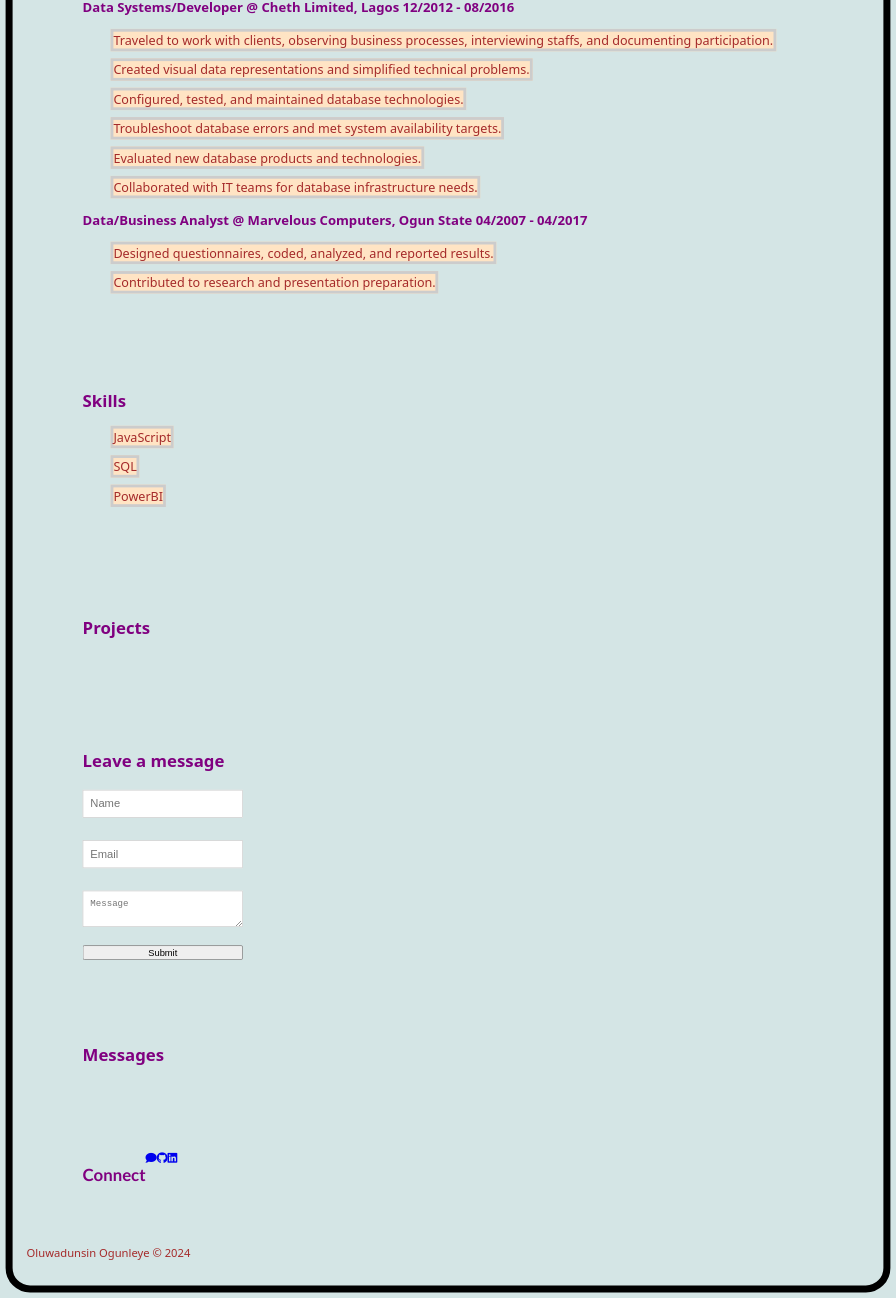
Repository: aloroduns/intro-to-programming-2023
Page: index.html
An editor plug-in stored every save of this project. The page is shown before and after a run of saves, followed by the edit.
The browser window is 1280 px wide. The pictures show the part of the page from y = 856 to 2776 px (the page is 2710 px tall before and 2776 px after), at 70% of full size.
The page's requests for data from a server got no answer.

Above is the page before, as saved 2024-01-23 13:00:36.

### index.html
<!DOCTYPE html>
<html>
    <head>
        <meta charset="utf-8">
        <meta http-equiv="X-UA-Compatible" content="IE=edge">
        <title>My Portfolio Page</title>
        <meta name="description" content="">
        <meta name="viewport" content="width=device-width, initial-scale=1">
        <link rel="stylesheet" href="./index.css">
        <link rel="stylesheet" href="https://cdnjs.cloudflare.com/ajax/libs/font-awesome/5.15.1/css/all.min.css">
    </head>
    <body>
        <header>
            <nav>
                <ul>
                    <li><a href="#about">About</a></li>
                    <li><a href="#experience">Experience</a></li>
                    <li><a href="#skills">Skills</a></li>
                    <li><a href="#connect">Connect</a></li>
                </ul>
            </nav>
        </header>
        <section id="about">

        <h1>About</h1>
        <p>
        <h2>Passionate Data Professional | Tech Enthusiast | Agile Problem Solver</h2>
           <p>
            Hello there! I'm Oluwadunsin Ogunleye, a dynamic data professional with a rich background
            in database administration, business analysis, and full-stack development. My journey began
            in Agricultural and Resource Economics, where I earned my Master's degree, and it has evolved
            into a diverse skill set that spans SQL, Oracle technologies, Python, and more.
            </p>
            In my current role as a Backend Developer at Tech Fleet, I've been instrumental in configuring,
            troubleshooting, and maintaining complex database systems. Beyond technical prowess, I've honed my skills
            in strategic planning, budgeting, and translating intricate analytics into actionable business solutions
            during my tenure at Cheth Limited and Marvelous Computers.

            My commitment to continuous learning is evident in my certifications, including the Oracle Certified Associate,
            and recent participation in Udacity's Full Stack Developer program. I am adept at working in fast-paced environments,
            tackling challenges independently, and fostering collaboration within cross-functional teams.

            Explore my portfolio to see how I've combined technical expertise with creative problem-solving, such as designing
            and developing an adventure game with Python and crafting innovative solutions as a Data/Business Analyst. I'm excited
            about the intersection of technology and business, and I look forward to bringing my passion and skills to your team.

            Let's connect and explore the endless possibilities at the nexus of data, technology, and innovation!

        </p>
        </section>

        <section id="experience">

        <h1>
            Experience
        </h1>
            <div id="experience-items">

                <h3>Back-End Developer/ Co-lead @ Tech Fleet, California US (Remote)07/2022 - Till Date</h3>
                <ul>
                <li>Developed Next.js scripts for user API endpoints.<br>
                <li>Collaborated with cross-functional teams to enhance user experience.<br>
                <li>Ensured code quality through automated testing.<br>
                </ul>
            </div>

            <div id="experience-items">

                <h3>Data Systems/Developer @ Cheth Limited, Lagos 12/2012 - 08/2016</h3>
                <ul>
                <li>Traveled to work with clients, observing business processes, interviewing staffs,
                and documenting participation.<br>
                <li>Created visual data representations and simplified technical problems.<br>
                <li>Configured, tested, and maintained database technologies.<br>
                <li>Troubleshoot database errors and met system availability targets.<br>
                <li>Evaluated new database products and technologies.<br>
               <li>Collaborated with IT teams for database infrastructure needs.<br>
                </ul>
            </div>

            <div id="experience-items">

                 <h3>Data/Business Analyst @ Marvelous Computers, Ogun State 04/2007 - 04/2017</h3>
                <ul>
                 <li> Designed questionnaires, coded, analyzed, and reported results.<br>
                <li>Contributed to research and presentation preparation.<br>
                </li>
                </ul>
            </div>

        </section>
        <section id="skills">
            <h2>Skills</h2>
                <ul>


                </ul>

        </section>
        <section id="projects">
            <h2>
                Projects
            </h2>

                <ul>

                </ul>

        </section>
        <section id="leave a message">
            <h2>
                Leave a message
            </h2>
            <form name="leave_message">
                <input type="text" name="userName" placeholder="Name">
                <input type="email" name="usersEmail" placeholder="Email">
                <textarea name="usersMessage" placeholder="Message"></textarea>
                <input type="submit" value="Submit">
            </form>
        </section>
        <section id="messages">
            <h2>
                Messages
            </h2>
            <ul>

            </ul>
        </section>
        <section id="connect">
        <h1>Connect</h1>
        <a href="mailto:o.oluwadunsin@yahoo.com">
            <i class="fas fa-comment"></i>
        </a>
        <a href="https://github.com/aloroduns">
            <i class="fab fa-github" aria-hidden="true"></i>
        </a>
        <a href="https://www.linkedin.com/in/oluwadunsinogunleye/">
            <i class="fab fa-linkedin" aria-hidden="true"></i>

        </a>
        </section>
        <footer>


        </footer>
        <script src="./index.js" type="text/javascript"></script>

    </body>
</html>

### index.css
@import url('https://fonts.googleapis.com/css?family=Roboto|Open+Sans');
body{
    border: 10px solid black;
    border-radius: 35px;
    padding: 20px;
    text-align: justify;
    background-color:rgb(212, 229, 229);
    color:brown;
    font-family: system-ui, -apple-system, BlinkMacSystemFont, 'Segoe UI', Roboto, Oxygen, Ubuntu, Cantarell, 'Open Sans', 'Helvetica Neue', sans-serif;
}

h1{
    font-family:'Gill Sans', 'Gill Sans MT', Calibri, 'Trebuchet MS', sans-serif;
}

section{
    padding-top: 50px;
    padding-right: 30px;
    padding-bottom: 50px;
    padding-left: 80px;
}

h1, h2, h3, h4, h5, h6 {
    color: purple;
    font: size 20px;
    font-weight:bold;
}

ul li {
    display: block;
    height:auto;
    background-color: bisque;
    border: 4px solid #ccc;
    margin-bottom:10px;
    font-size: 18px;
    text-align: center;
    width:fit-content;
}

input[type=text], input[type=email], textarea, select{
    font-size: medium;
    color: black;
    padding: 10px;
    border: 1px solid #ccc;
    margin-top: 6px;
    margin-bottom: 16px;
    resize: vertical;
}

input[type=submit]:hover {
    opacity:1;
}

header{
    background-color: hsl(0, 40%, 96%);
    padding:10px 0;
    position: fixed;
}

nav ul {
    list-style-type: none;
    margin: 0;
    padding: 0;
}

nav li {
    display: inline;
    margin-right: 20px;
}

nav a {
    text-decoration: none;
    color: rgb(11, 11, 11);
    font-weight: bold;
    font-size:16px;
}

nav a:hover {
    color:#383004;
}

.experience {
    display: flex;
    flex-wrap: wrap;
}

.experience-item {
    flex: 1;
    margin: 10px;
}

form {
    display: grid;
    grid-template-columns: 1fr;
    gap: 10px;
    width:fit-content
}

/* Add some basic styling to the "Projects" section */
#projects {
    margin-top: 20px;
}

/* Style the list items within the "Projects" section */
#projects ul {
    display: flex;
    flex-wrap: wrap;
    justify-content: space-between;
    list-style: none;
    padding: 0;
}

#projects li {
    margin-bottom: 10px;
    flex: 1 0 21%;
    margin: 1%;
    box-sizing: border-box;
    padding: 10px;
    border: 1px solid hsl(0, 55%, 44%);
    border-radius: 5px;
    width:200px;
    min-height: 150px;
}

/* Style the anchor element within the list items */
#projects li a {
    text-decoration: none;
    color: #007BFF;
    font-weight: bold;
}

/* Style the paragraphs within the list items */
#projects li p {
    margin: 5px 0;
    color: #de6a6a;
}

#connect {
    display: flex;
    flex-directio
    align-items: center;

}

/* Styles for tablet */
@media screen and (max-width: 768px) {
    body {
        background-color: lightgray;
    }
}

/* Styles for mobile */
@media screen and (max-width: 480px) {
    body {
        background-color: lightyellow;
    }

}

### index.js
const today = new Date();
const thisYear = today.getFullYear();
const footer = document.querySelector('footer');
const copyright = document.createElement('p');

const skills = ['JavaScript', 'SQL', 'PowerBI'];
const skillsSection = document.getElementById('skills');
const skillsList = skillsSection.querySelector('ul');

for (let i = 0; i < skills.length; i++) {
    const listItem = document.createElement('li');
    listItem.textContent = skills[i];
    skillsList.appendChild(listItem);
}
window.onload = function() {
var messageForm = document.getElementsByName("leave_message")[0];
messageForm.addEventListener("submit", function(event) {
    event.preventDefault();
    var name = event.target.userName.value;
    var email = event.target.usersEmail.value;
    var message = event.target.usersMessage.value;
    console.log(name, email, message);

    var messageSection = document.getElementById("messages");
    var messageList = messageSection.querySelector("ul");
    var newMessage = document.createElement("li");

    var userLink = document.createElement("a");
    userLink.href = "mailto:" + email;
    userLink.textContent = name;
    newMessage.appendChild(userLink);

    var messageSpan = document.createElement("span");
    messageSpan.textContent = message;
    newMessage.appendChild(messageSpan);

    var removeButton = document.createElement("button");
    removeButton.innerText = "remove";
    removeButton.type = "button";
    removeButton.addEventListener("click", function() {
        var entry = removeButton.parentNode;
        entry.remove();
    });
    newMessage.appendChild(removeButton);

    var editButton = document.createElement("button");
    editButton.innerText = "edit";
    editButton.type = "button";
    editButton.addEventListener("click", function() {
        var entry = editButton.parentNode;
        var newMessage = prompt("Enter new message:");
        if (newMessage) {
            entry.querySelector("span").textContent = newMessage;
        }
    });


    newMessage.appendChild(editButton);

    messageList.appendChild(newMessage);
});
}

copyright.innerHTML = `Oluwadunsin Ogunleye © ${thisYear}`;
footer.appendChild(copyright);

fetch('https://api.github.com/users/aloroduns/repos')
.then(response => response.json())
.then(repositories => {
    console.log(repositories);

    var projectSection = document.getElementById('projects');
    var projectList = projectSection.querySelector('ul');

    for (var i = 0; i < repositories.length; i++) {
        var project =  document.createElement('li');

        var projectLink = document.createElement('a');
        projectLink.href = repositories[i].html_url;
        projectLink.textContent = repositories[i].name;
        project.appendChild(projectLink);

        var description = document.createElement('p');
        description.textContent = repositories[i].description;
        project.appendChild(description);

        var creationDate = document.createElement('p');
        creationDate.textContent = 'Created on' + new Date(repositories[i].created_at).toLocaleDateString();
        project.appendChild(creationDate);

        projectList.appendChild(project);
    }
})

.catch(error => console.error('Error:', error));

After the next 3 saves:
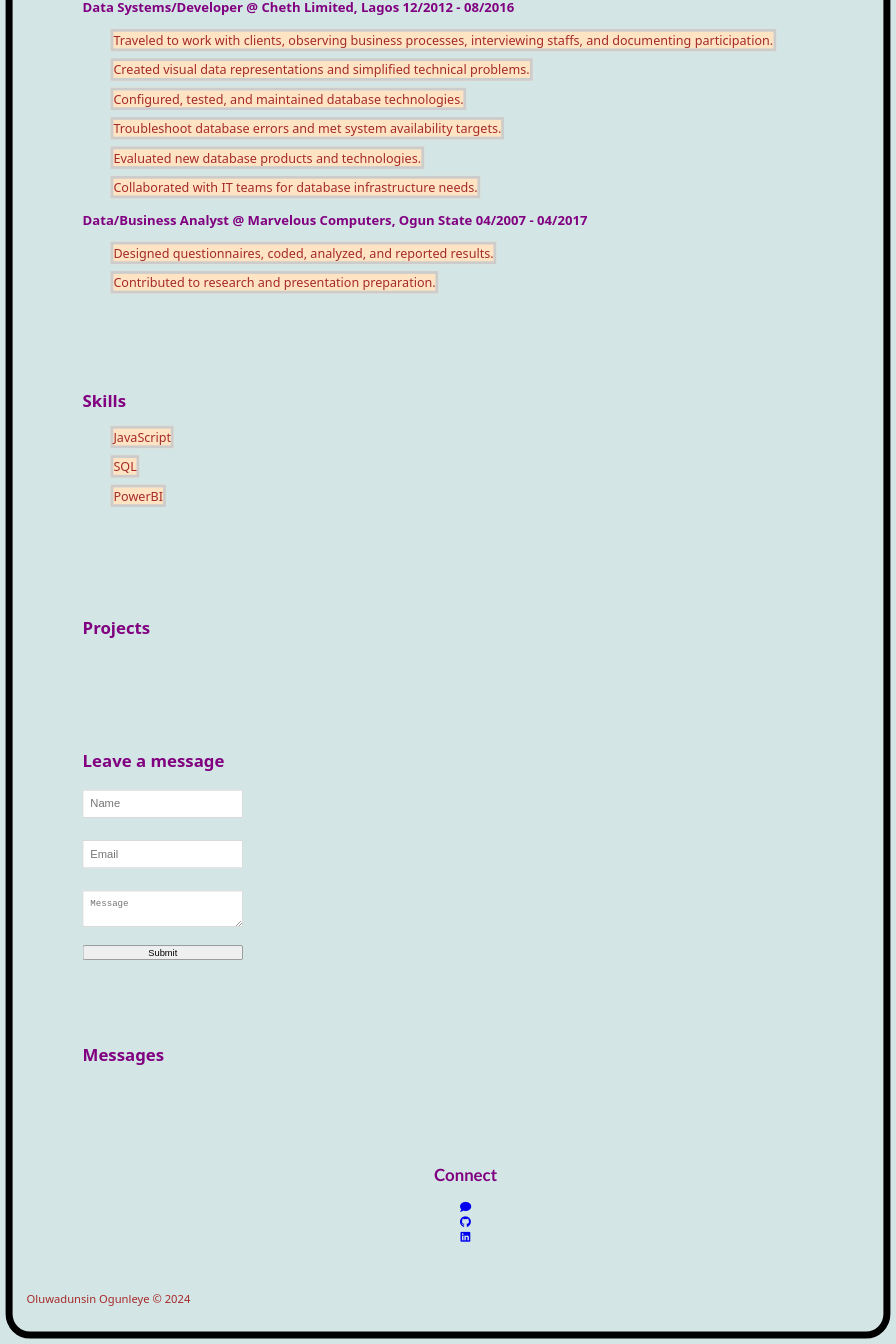
The 3 saves are shown as one change because they came seconds apart.
The last was saved 3 s later.
--- a/index.css
+++ b/index.css
@@ -137,7 +137,7 @@
 
 #connect {
     display: flex;
-    flex-directio
+    flex-direction: column;
     align-items: center;
 
 }

After the 3 saves that followed:
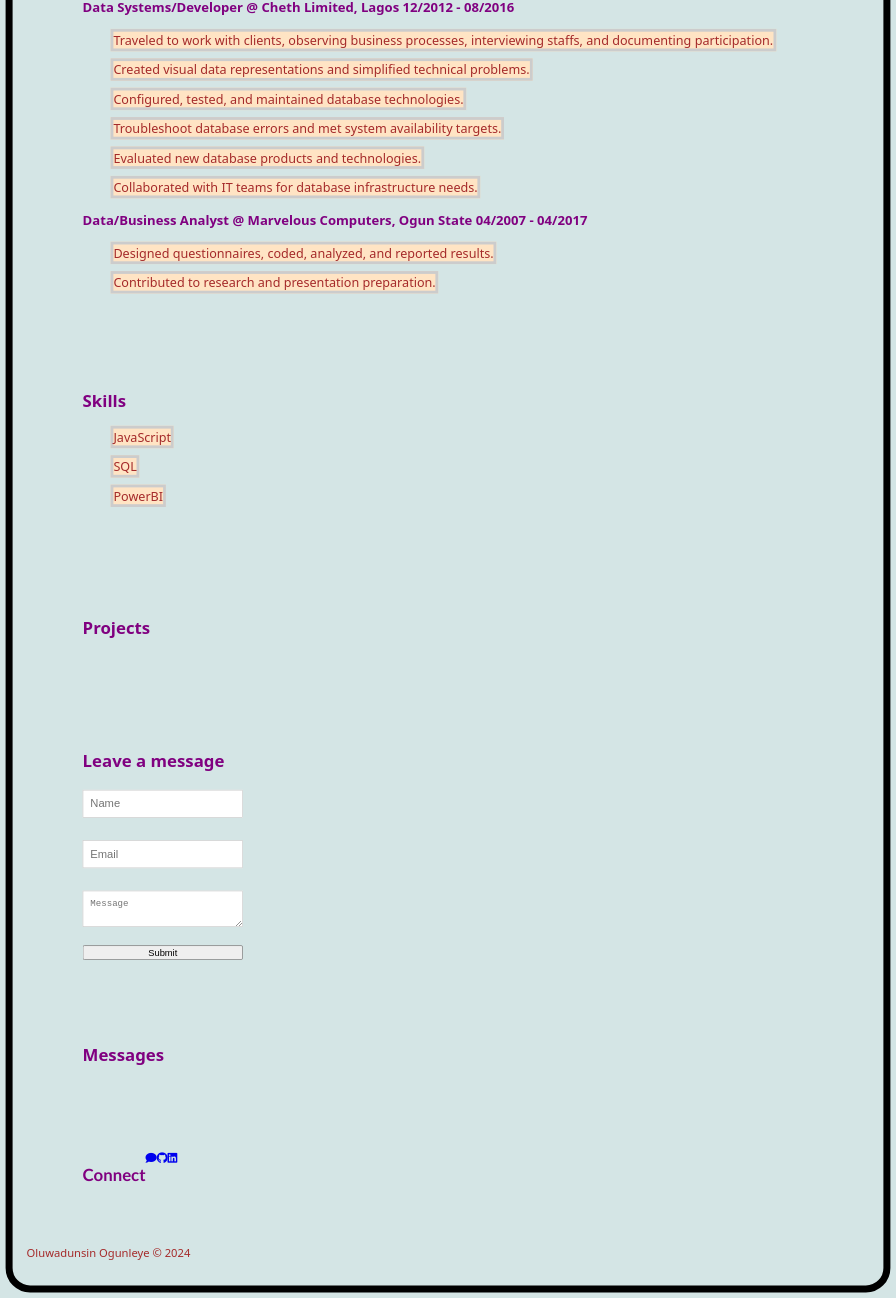
The 3 saves are shown as one change because they came seconds apart.
The last was saved 56 s later.
--- a/index.css
+++ b/index.css
@@ -137,7 +137,7 @@
 
 #connect {
     display: flex;
-    flex-direction: column;
+    flex-direction:
     align-items: center;
 
 }
